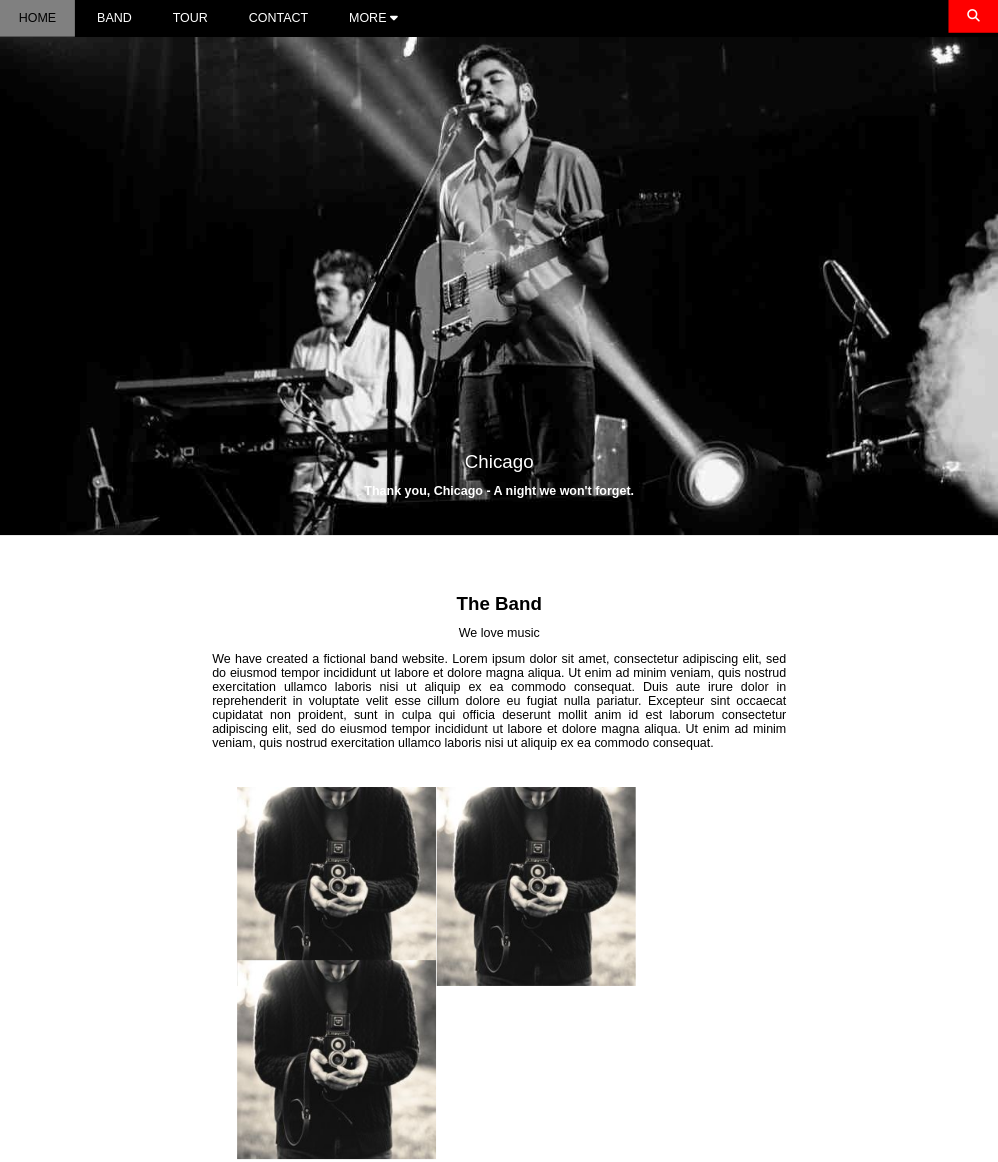
Repository: ngotranphuongbao/theband
Page: index.html
An editor plug-in stored every save of this project. The page is shown before and after the next save, followed by the edit.
The browser window is 1280 px wide. The pictures show the whole page, at 78% of full size.
Some web libraries are served in a nearby version.

Above is the page before, as saved 2022-12-21 21:39:39.

After the next save:
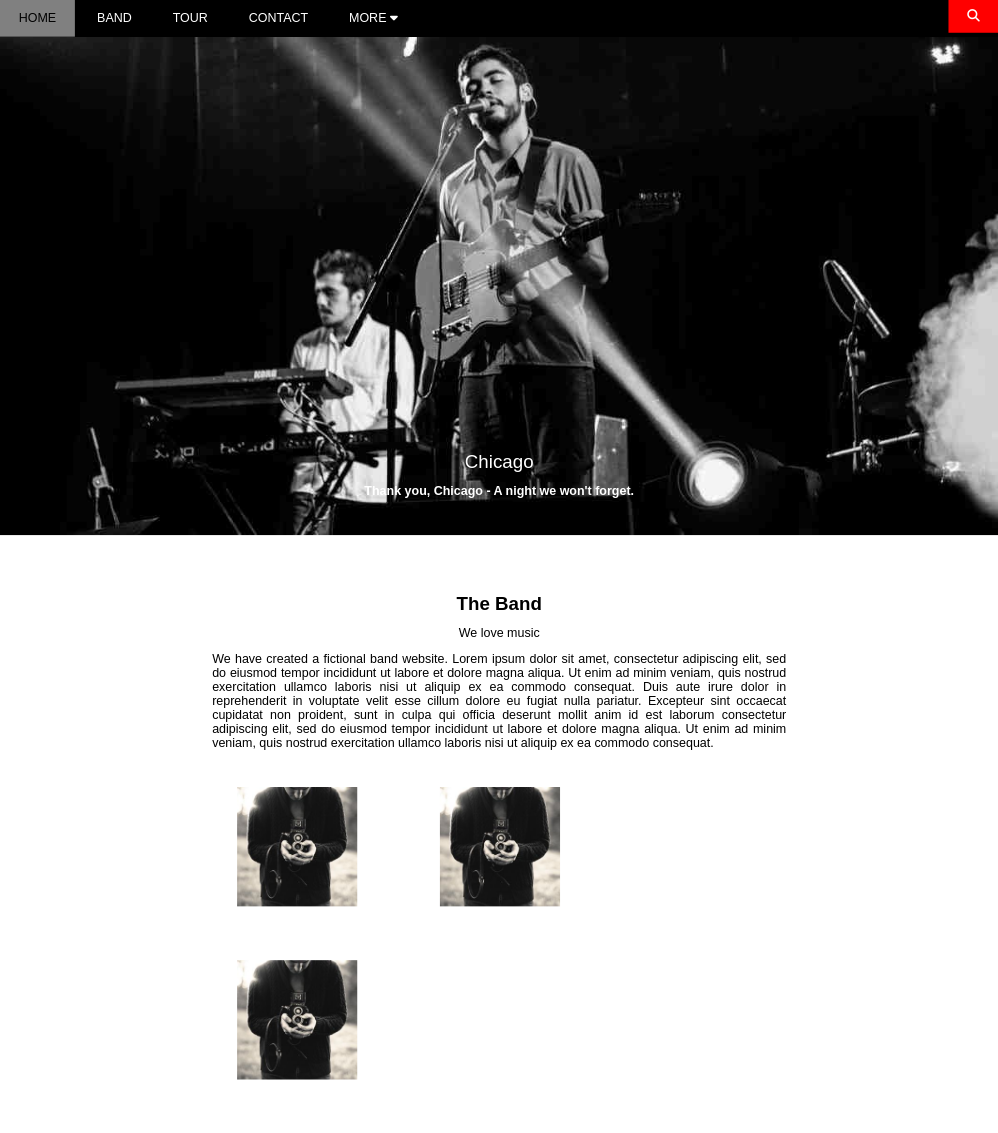
Saved 43 s later.
--- a/assets/css/style.css
+++ b/assets/css/style.css
@@ -157,9 +157,12 @@ html {
 
 .member-info {
     display: inline-block;
-    float: left;
     width: 256px;
     height: 222px;
+}
+
+.member-photo {
+    width: 60%;
 }
 
 #member-
